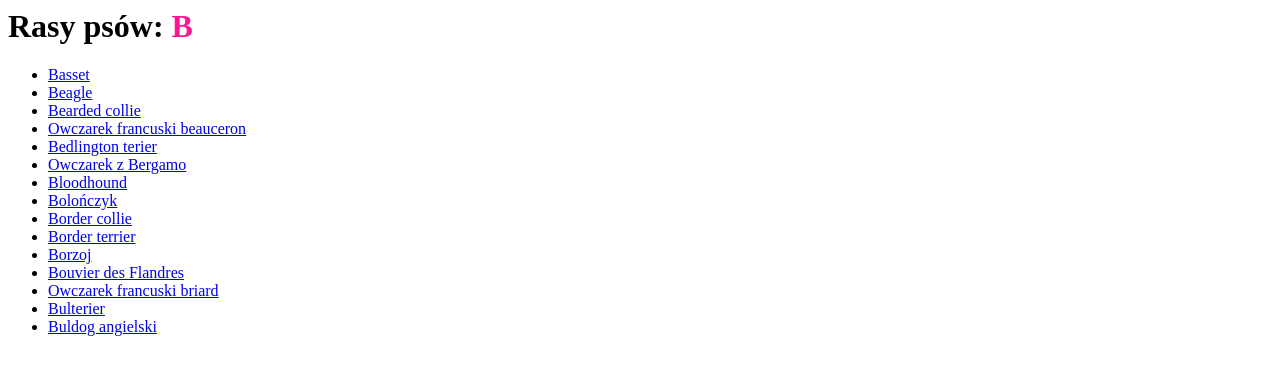
Repository: Lenerystia/HTML
Page: Rozdział 12/Postacie_laczy/link-visited.html
These files come from the project's save history. The page is drawn as it stood at one moment and after the next save; the edit follows.
The browser window is 1280 px wide. The pictures show the whole page.

Above is the page before, as saved 2022-02-02 12:52:59.

After the next save:
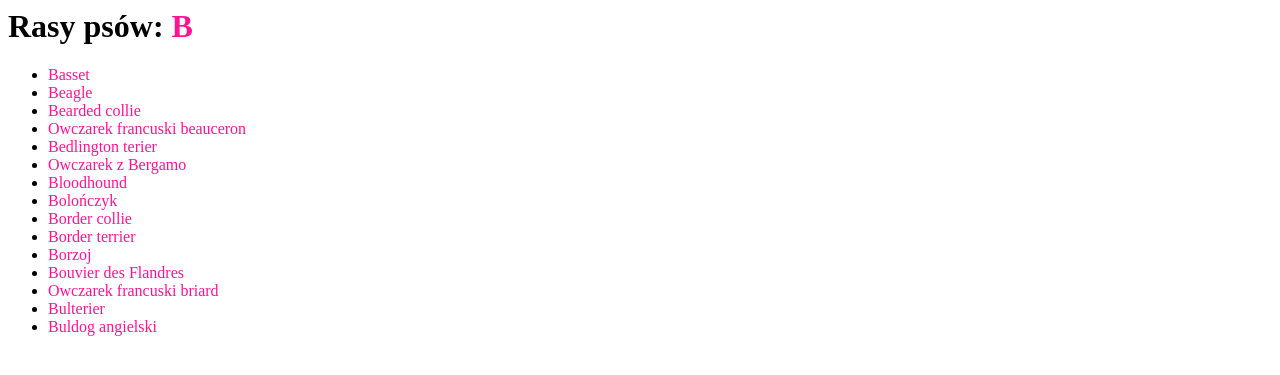
Saved 8 s later.
--- a/Rozdział 12/Postacie_laczy/link-visited.html
+++ b/Rozdział 12/Postacie_laczy/link-visited.html
@@ -2,7 +2,7 @@
 	<head>
 		<meta http-equiv="content-type" content="text/html; charset=UTF-8">
 		<title>Odwiedzone łącza</title>
-        <!--<link rel="stylesheet" href="style.css">-->
+        <link rel="stylesheet" href="style.css">
 		</head>
 		<body>
             <h1>Rasy psów: <span style="color: deeppink;">B</span></h1>
